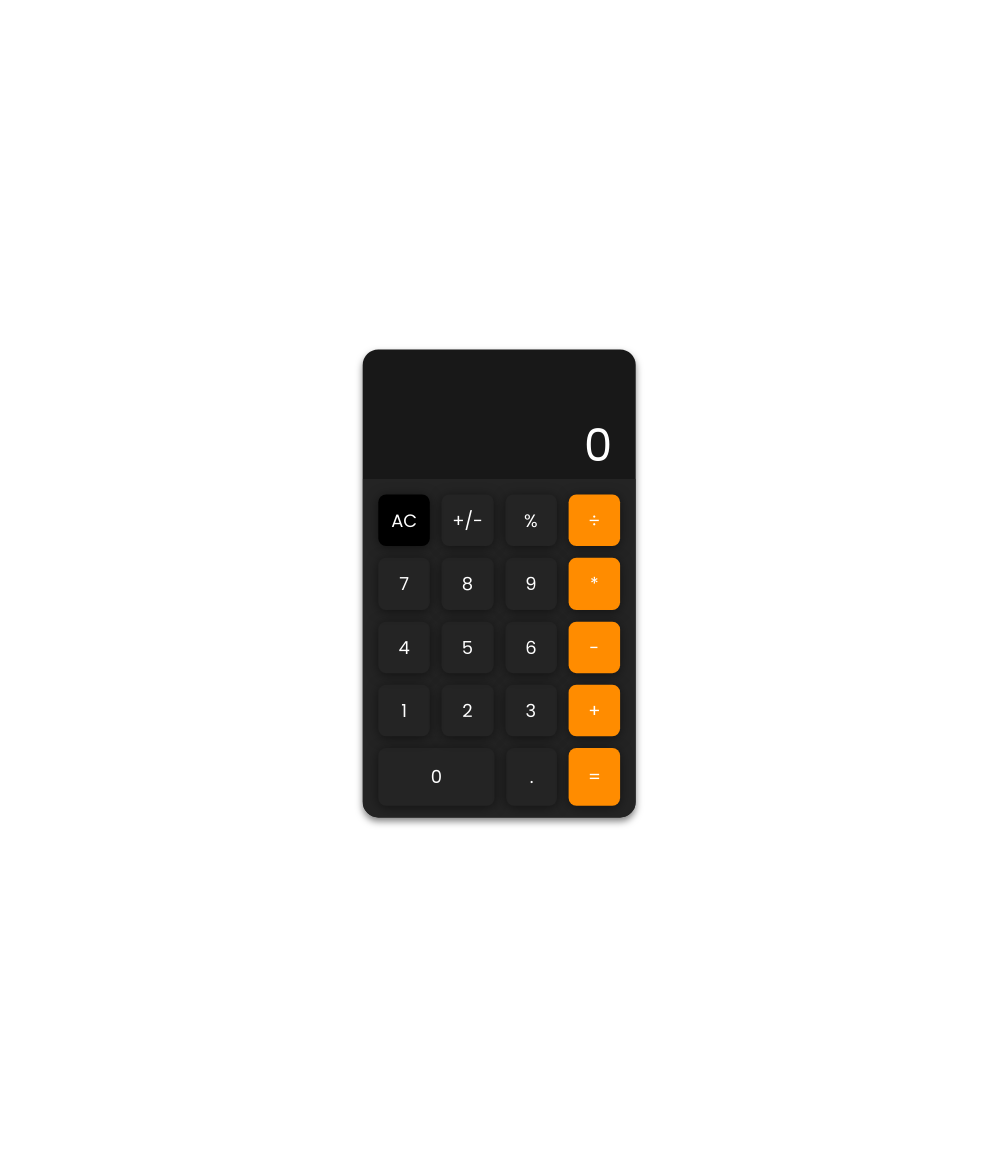
Repository: minhtien9/Calculator
Page: /
The author's editor kept a copy of each file at every save. The page is drawn from the files as they stood at one save, then again after the next save.
The browser window is 1280 px wide. The pictures show the whole page, at 78% of full size.
The pointer rests on the first visible `button`.
The project was rebuilt for these pictures with package versions that can differ from the ones it lists, and the page was loaded fresh each time.

Above is the page before, as saved 2022-07-21 22:28:38.

### src/index.js
import React from "react";
import ReactDOM from "react-dom/client";
import App from "./App";

const root = ReactDOM.createRoot(document.getElementById("root"));
root.render(
    <React.StrictMode>
        <App />
    </React.StrictMode>
);

// If you want to start measuring performance in your app, pass a function
// to log results (for example: reportWebVitals(console.log))
// or send to an analytics endpoint. Learn more: https://bit.ly/CRA-vitals

### src/App.js
import "./App.css";
import Caculator from "./Components/Caculator";

function App() {
    return (
        <div className='App'>
            <Caculator />
        </div>
    );
}

export default App;

### src/App.css
* {
    padding: 0;
    margin: 0;
    box-sizing: border-box;
    -webkit-user-select: none;
    -webkit-user-drag: none;
    -webkit-app-region: none;
}

### src/Components/Caculator.jsx
import React, { useEffect, useState } from "react";
import "./Caculator.scss";

const Caculator = () => {
    const [inputNum, setInputNum] = useState(0);
    const [calculatedNum, setCalculatedNum] = useState(0);
    const [operator, setOperator] = useState("");
    const [isDecimal, setIsDecimal] = useState(false);
    const [decimalCount, setDecimalCount] = useState(1);
    const [monitor, setMonitor] = useState("");

    useEffect(() => {
        setMonitor(inputNum);
    }, [inputNum]);

    useEffect(() => {
        setMonitor(calculatedNum);
    }, [calculatedNum]);

    // Take input number from keyboard
    const TakeInputNum = (num) => {
        if (isDecimal) {
            num = num / Math.pow(10, decimalCount);
            setDecimalCount(decimalCount + 1);
            setInputNum(parseFloat((inputNum + num).toFixed(decimalCount)));
        } else {
            setInputNum(inputNum * 10 + num);
        }
    };

    // Take operator from keyboard
    const TakeOperator = (operator) => {
        setOperator(operator);
        Calculate();
        setInputNum(0);
    };

    // Do the calculation
    const Calculate = () => {
        setIsDecimal(false);
        setDecimalCount(1);
        if (operator === "/" && inputNum === 0) {
            setCalculatedNum(NaN);
            setInputNum(0);
            return;
        }

        if (calculatedNum === 0 && inputNum === 0) {
            return;
        }

        switch (operator) {
            case "+":
                setCalculatedNum(calculatedNum + inputNum);
                break;
            case "-":
                setCalculatedNum(calculatedNum - inputNum);
                break;
            case "*":
                setCalculatedNum(calculatedNum * inputNum);
                break;
            case "/":
                setCalculatedNum(calculatedNum / inputNum);
                break;

            default:
                break;
        }
        if (operator === "") {
            setCalculatedNum(inputNum);
        } else {
            setInputNum(0);
        }
        return;
    };

    // Get the equation
    const GetEqual = () => {
        Calculate();
        setOperator("");
    };

    // Minus plus
    const minusPlus = () => {
        if (inputNum.charAt(0) === "-") {
            setInputNum(inputNum.substring(1));
            console.log(setInputNum(inputNum.substring(1)));
        } else {
            setInputNum("-" + inputNum);
        }
    };

    // Clear All
    const Clear = () => {
        setInputNum(0);
        setCalculatedNum(0);
        setMonitor("");
        setOperator("");
    };

    return (
        <div className='caculator'>
            <section className='monitor'>
                <p className='out-put'>{monitor}</p>
            </section>

            <section className='keyboard'>
                <div className='keyboard-row'>
                    <button
                        className='one-block'
                        onClick={() => {
                            Clear();
                        }}
                    >
                        AC
                    </button>
                    <button className='one-block'> +/- </button>
                    <button className='one-block' onClick={minusPlus}>
                        %
                    </button>
                    <button
                        className='one-block orange'
                        onClick={() => {
                            TakeOperator("/");
                        }}
                    >
                        ÷
                    </button>
                </div>

                <div className='keyboard-row'>
                    <button
                        className='one-block'
                        onClick={() => {
                            TakeInputNum(7);
                        }}
                    >
                        7
                    </button>
                    <button
                        className='one-block'
                        onClick={() => {
                            TakeInputNum(8);
                        }}
                    >
                        8
                    </button>
                    <button
                        className='one-block'
                        onClick={() => {
                            TakeInputNum(9);
                        }}
                    >
                        9
                    </button>
                    <button
                        className='one-block orange'
                        onClick={() => {
                            TakeOperator("*");
                        }}
                    >
                        *
                    </button>
                </div>

                <div className='keyboard-row'>
                    <button
                        className='one-block'
                        onClick={() => {
                            TakeInputNum(4);
                        }}
                    >
                        4
                    </button>
                    <button
                        className='one-block'
                        onClick={() => {
                            TakeInputNum(5);
                        }}
                    >
                        5
                    </button>
                    <button
                        className='one-block'
                        onClick={() => {
                            TakeInputNum(6);
                        }}
                    >
                        6
                    </button>
                    <button
                        className='one-block orange'
                        onClick={() => {
                            TakeOperator("-");
                        }}
                    >
                        -
                    </button>
                </div>

                <div className='keyboard-row'>
                    <button
                        className='one-block'
                        onClick={() => {
                            TakeInputNum(1);
                        }}
                    >
                        1
                    </button>
                    <button
                        className='one-block'
                        onClick={() => {
                            TakeInputNum(2);
                        }}
                    >
                        2
                    </button>
                    <button
                        className='one-block'
                        onClick={() => {
                            TakeInputNum(3);
                        }}
                    >
                        3
                    </button>
                    <button
                        className='one-block orange'
                        onClick={() => {
                            TakeOperator("+");
                        }}
                    >
                        +
                    </button>
                </div>

                <div className='keyboard-row'>
                    <button
                        className='two-block'
                        onClick={() => {
                            TakeInputNum(0);
                        }}
                    >
                        0
                    </button>
                    <button
                        className='one-block'
                        onClick={() => {
                            setIsDecimal(true);
                        }}
                    >
                        .
                    </button>
                    <button
                        className='one-block orange'
                        onClick={() => {
                            GetEqual();
                        }}
                    >
                        =
                    </button>
                </div>
            </section>
        </div>
    );
};

export default Caculator;

### src/Components/Caculator.scss
@import url("https://fonts.googleapis.com/css2?family=Poppins:ital,wght@0,100;0,200;0,300;0,400;0,500;0,600;0,700;0,800;0,900;1,100;1,200;1,300;1,400;1,500;1,600;1,700;1,800;1,900&display=swap");

* {
    font-family: "Poppins";
    font-size: 23px;
    color: white;
}

button {
    border: none;
    background: none;
    cursor: pointer;
    border-radius: 10px;
    box-shadow: 0 2px 15px 0 rgba(0, 0, 0, 0.5);
}

button:hover {
    background: #000;
}

.orange {
    background: darkorange;
    color: white;
}

.caculator {
    width: 350px;
    height: 600px;
    margin: 35% auto;
    background-color: rgb(24, 24, 24);
    display: flex;
    flex-direction: column;
    border-radius: 20px;
    overflow: hidden;
    box-shadow: 0px 5px 10px 0px rgba(0, 0, 0, 0.5);
}

.monitor {
    .out-put {
        margin: 80px 30px 0px;
        font-size: 2.5rem;
        text-align: right;
    }
}

.keyboard {
    display: flex;
    flex-direction: column;
    background: rgb(36, 36, 36);
    gap: 15px;
    padding: 20px;
}

.keyboard-row {
    display: flex;
    gap: 15px;
    .one-block {
        width: 25%;
        aspect-ratio: 1/1;
    }

    .two-block {
        width: calc(50% - -21px);
        aspect-ratio: 2/1;
    }
}

Loaded but not shown: public/index.html (common file); public/manifest.json (common file)

After the next save:
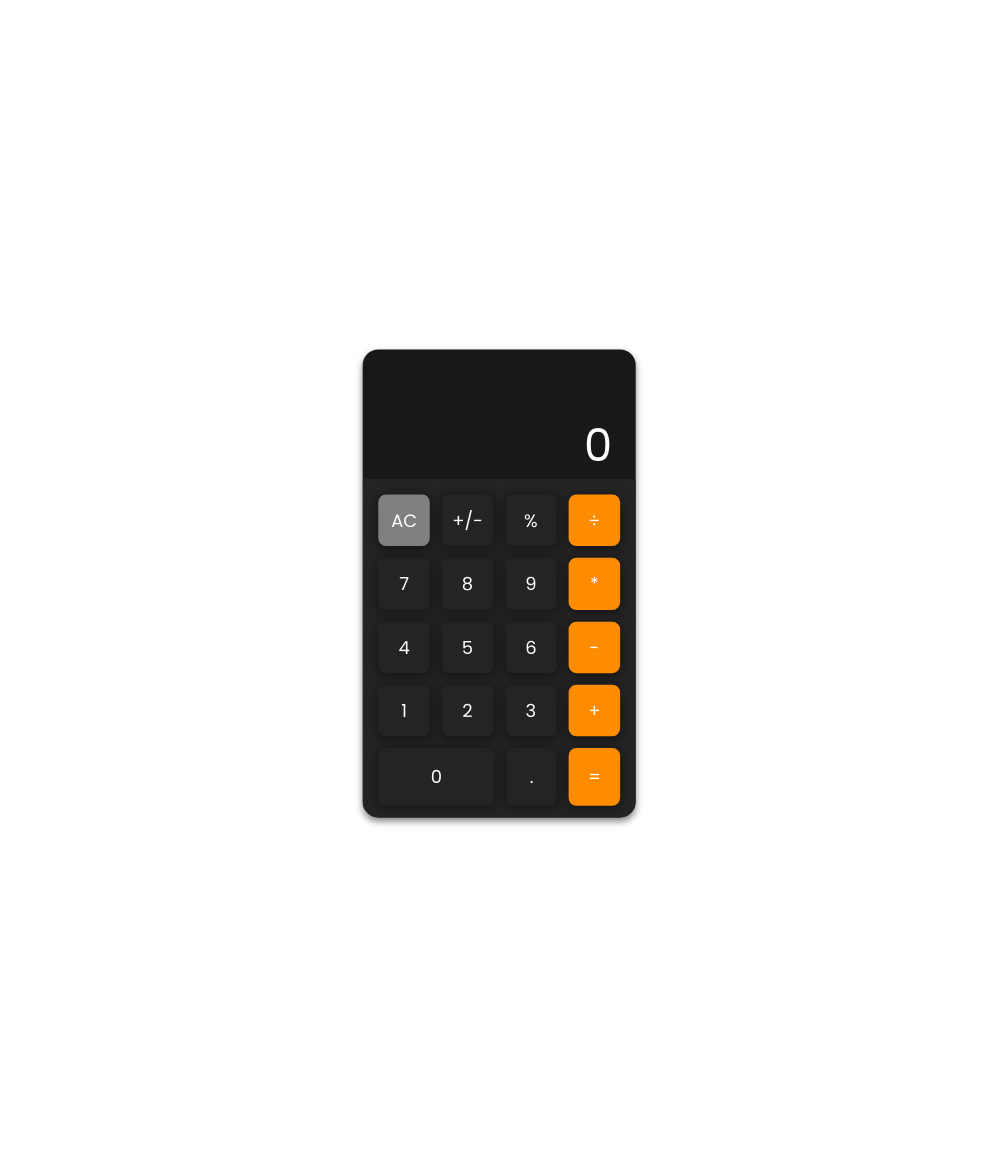
Saved 8 s later.
--- a/src/Components/Caculator.scss
+++ b/src/Components/Caculator.scss
@@ -15,7 +15,7 @@ button {
 }
 
 button:hover {
-    background: #000;
+    background-color: grey;
 }
 
 .orange {
